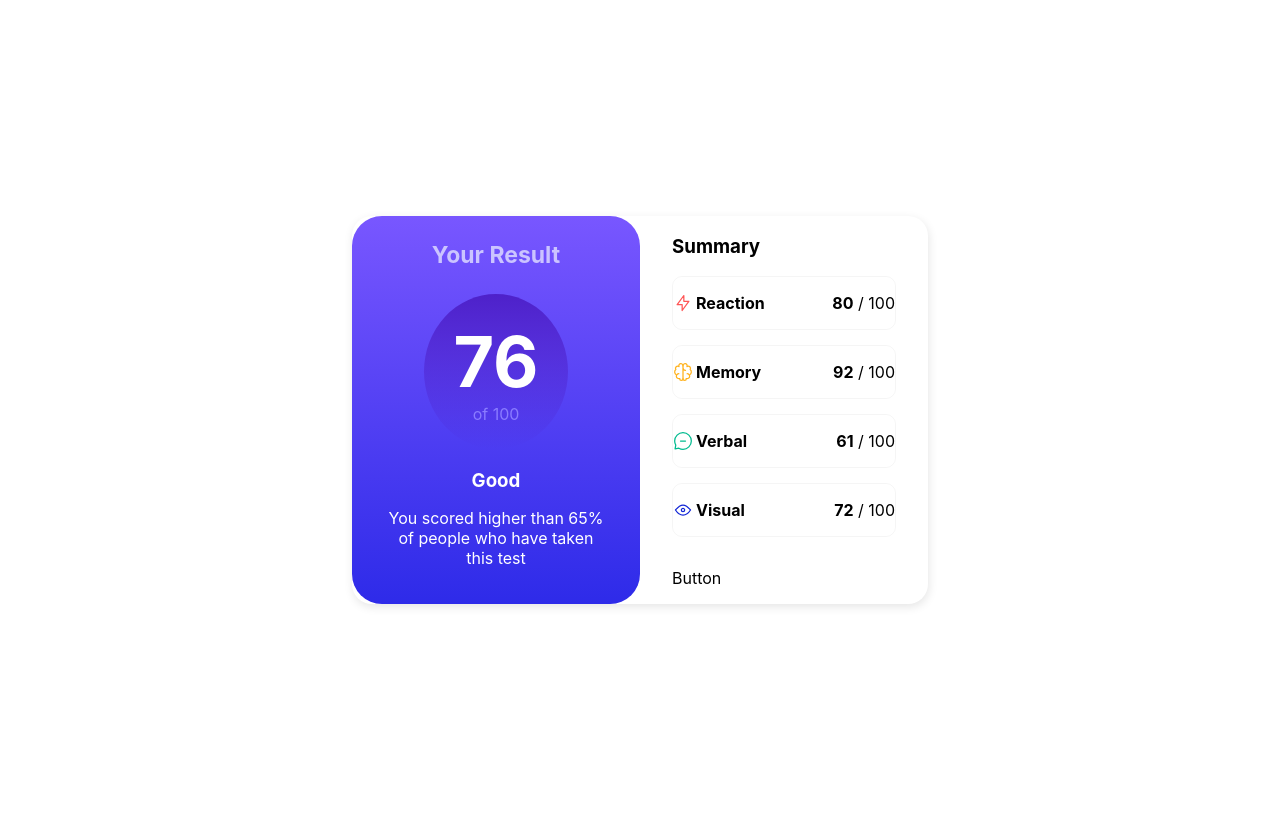
Repository: JeanPaulBassil/Result-Summary-Design
Page: /
An editor plug-in stored every save of this project. The page is shown before and after the next save, followed by the edit.
The browser window is 1280 px wide. The pictures show the whole page.
The project was rebuilt for these pictures with package versions that can differ from the ones it lists, and the page was loaded fresh each time.

Above is the page before, as saved 2023-02-24 17:39:33.

After the next save:
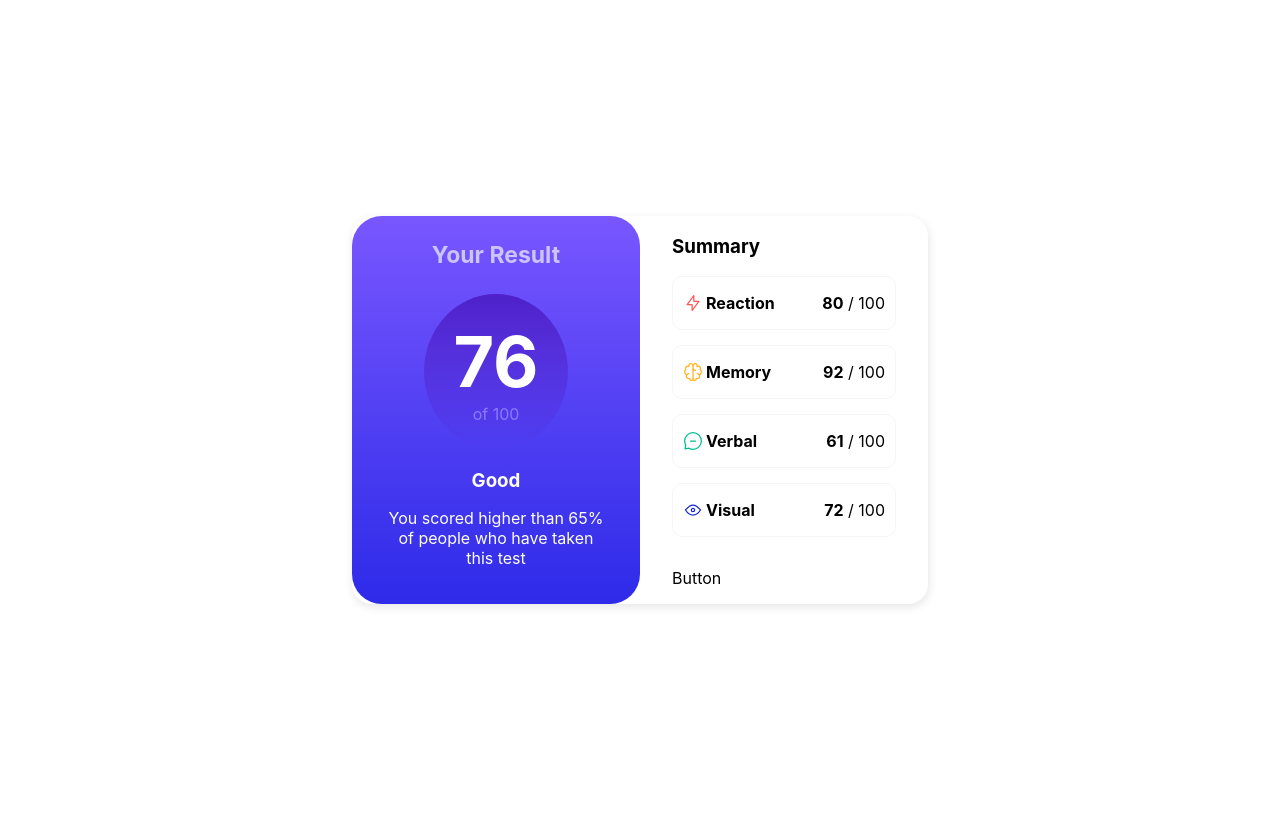
Saved 86 s later.
--- a/src/Components/Summary/Summary.css
+++ b/src/Components/Summary/Summary.css
@@ -4,6 +4,7 @@
     border: 1px solid rgba(0, 0, 0, .04);
     margin-bottom: 15px;
     border-radius: 10px;
+    padding: 0 10px
 }
 
 .icon {
